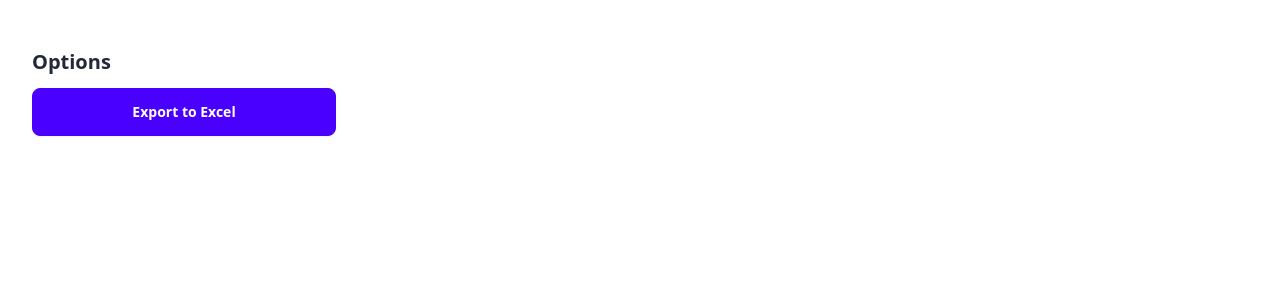
Repository: khulqu15/khafsin_server
Page: http://localhost/
An editor plug-in stored every save of this project. The page is shown before and after a run of saves, followed by the edit.
The browser window is 1280 px wide. The pictures show the whole page.
Some web libraries are served in a nearby version. The page is served by the project's Laravel application, run on PHP 8.4 with Laravel 12. Other server files are loaded and not shown. Queries for data that is not in the repository find no rows.

Above is the page before, as saved 2024-10-25 02:50:02.

### routes/web.php
<?php

use App\Http\Controllers\ImuController;
use Illuminate\Support\Facades\Route;

Route::get('/', [ImuController::class, 'home']);

### app/Http/Controllers/ImuController.php
<?php

namespace App\Http\Controllers;

use App\Models\Imu;
use Exception;
use Illuminate\Database\Eloquent\ModelNotFoundException;
use Illuminate\Http\Request;
use Illuminate\Support\Carbon;

class ImuController extends Controller
{

    public function home(Request $request) {
        $query = Imu::query();
        if ($request->has(['start_date', 'end_date'])) {
            $start_date = Carbon::parse($request->input('start_date'))->startOfDay();
            $end_date = Carbon::parse($request->input('end_date'))->endOfDay();
            $query->whereBetween('created_at', [$start_date, $end_date]);
        }
        $imus = $query->orderBy('created_at', 'desc')->get();
        return view('welcome')->with('imus', $imus);
    }

    /**
     * Display a listing of the resource.
     */
    public function index(Request $request)
    {
        try {
            $query = Imu::query();

            if ($request->has(['start_date', 'end_date'])) {
                $start_date = Carbon::parse($request->input('start_date'))->startOfDay();
                $end_date = Carbon::parse($request->input('end_date'))->endOfDay();
                $query->whereBetween('created_at', [$start_date, $end_date]);
            }
            $imus = $query->orderBy('created_at', 'desc')->get();
            return response()->json($imus);

        } catch (Exception $e) {
            return $this->handleException($e);
        }
    }

    /**
     * Store a newly created resource in storage.
     */
    public function store(Request $request)
    {
        try {
            $validatedData = $request->validate([
                'x' => 'required|numeric',
                'y' => 'required|numeric',
                'z' => 'required|numeric',
                'location' => 'nullable|string',
                'status' => 'nullable|string',
                'description' => 'nullable|string',
                'lat' => 'nullable|numeric',
                'lon' => 'nullable|numeric',
                'alt' => 'nullable|numeric',
            ]);

            $imu = Imu::create($validatedData);

            return response()->json($imu, 201);

        } catch (Exception $e) {
            return $this->handleException($e);
        }
    }

    /**
     * Display the specified resource.
     */
    public function show(string $id)
    {
        try {
            $imu = Imu::findOrFail($id);
            return response()->json($imu);

        } catch (ModelNotFoundException $e) {
            return $this->handleException($e);

        } catch (Exception $e) {
            return $this->handleException($e);
        }
    }

    /**
     * Update the specified resource in storage.
     */
    public function update(Request $request, string $id)
    {
        try {
            $imu = Imu::findOrFail($id);

            $validatedData = $request->validate([
                'x' => 'required|numeric',
                'y' => 'required|numeric',
                'z' => 'required|numeric',
                'location' => 'nullable|string',
                'status' => 'nullable|string',
                'description' => 'nullable|string',
                'lat' => 'nullable|numeric',
                'lon' => 'nullable|numeric',
                'alt' => 'nullable|numeric',
            ]);

            $imu->update($validatedData);

            return response()->json($imu);

        } catch (ModelNotFoundException $e) {
            return $this->handleException($e);

        } catch (Exception $e) {
            return $this->handleException($e);
        }
    }

    /**
     * Remove the specified resource from storage.
     */
    public function destroy(string $id)
    {
        try {
            $imu = Imu::findOrFail($id);
            $imu->delete();
            return response()->json(['message' => 'IMU record deleted successfully']);

        } catch (ModelNotFoundException $e) {
            return $this->handleException($e);

        } catch (Exception $e) {
            return $this->handleException($e);
        }
    }
}

### app/Http/Controllers/Controller.php
<?php

namespace App\Http\Controllers;

use Exception;
use Illuminate\Http\JsonResponse;
use Illuminate\Http\Response;

abstract class Controller
{
    protected function handleException(Exception $e): JsonResponse
    {
        return response()->json([
            'error' => true,
            'message' => $e->getMessage(),
            'code' => $e->getCode(),
        ], $e instanceof \Illuminate\Database\Eloquent\ModelNotFoundException ? Response::HTTP_NOT_FOUND : Response::HTTP_INTERNAL_SERVER_ERROR);
    }
}

### app/Models/Imu.php
<?php

namespace App\Models;

use Illuminate\Database\Eloquent\Model;

class Imu extends Model
{
    protected $table = 'imus';
    protected $primaryKey = 'id';

    protected $fillable = [
        'x',
        'y',
        'z',
        'location',
        'status',
        'description',
        'lat',
        'lon',
        'alt',
    ];
}

### resources/views/welcome.blade.php
<!DOCTYPE html>
<html lang="{{ str_replace('_', '-', app()->getLocale()) }}">
    <head>
        <meta charset="utf-8">
        <meta name="viewport" content="width=device-width, initial-scale=1">

        <title>Khafsin App</title>

        <link href="https://cdn.jsdelivr.net/npm/daisyui@4.12.13/dist/full.min.css" rel="stylesheet" type="text/css" />
        <script src="https://cdn.tailwindcss.com"></script>
    </head>
    <body>
        <div class="container mx-auto w-full min-h-screen py-12 px-8">
            <div class="w-full grid grid-cols-8">
                <div class="md:col-span-2 col-span-8">
                    <h2 class="text-xl font-bold mb-3">Options</h2>
                    <button class="btn btn-primary w-full text-white">Export to Excel</button>
                </div>
                <div class="md:col-span-6 col-span-8"></div>
            </div>
        </div>
    </body>
</html>

After the next 2 saves:
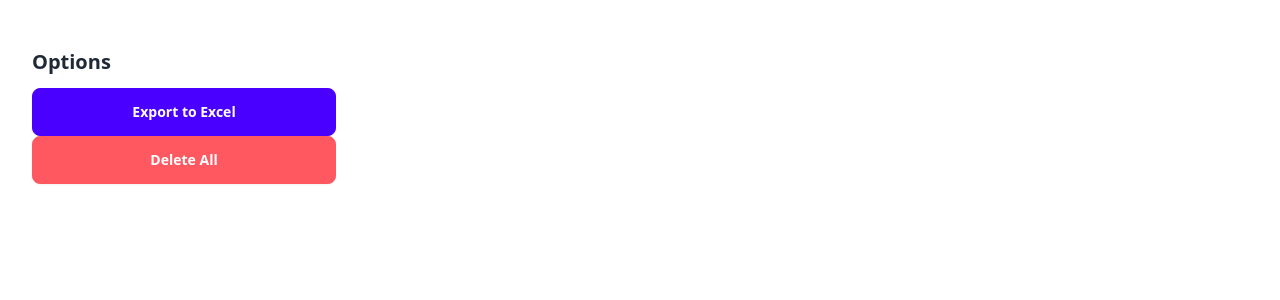
The 2 saves are shown as one change because they came seconds apart.
The last was saved 16 s later.
--- a/resources/views/welcome.blade.php
+++ b/resources/views/welcome.blade.php
@@ -15,6 +15,7 @@
                 <div class="md:col-span-2 col-span-8">
                     <h2 class="text-xl font-bold mb-3">Options</h2>
                     <button class="btn btn-primary w-full text-white">Export to Excel</button>
+                    <button class="btn btn-error w-full text-white">Delete All</button>
                 </div>
                 <div class="md:col-span-6 col-span-8"></div>
             </div>
